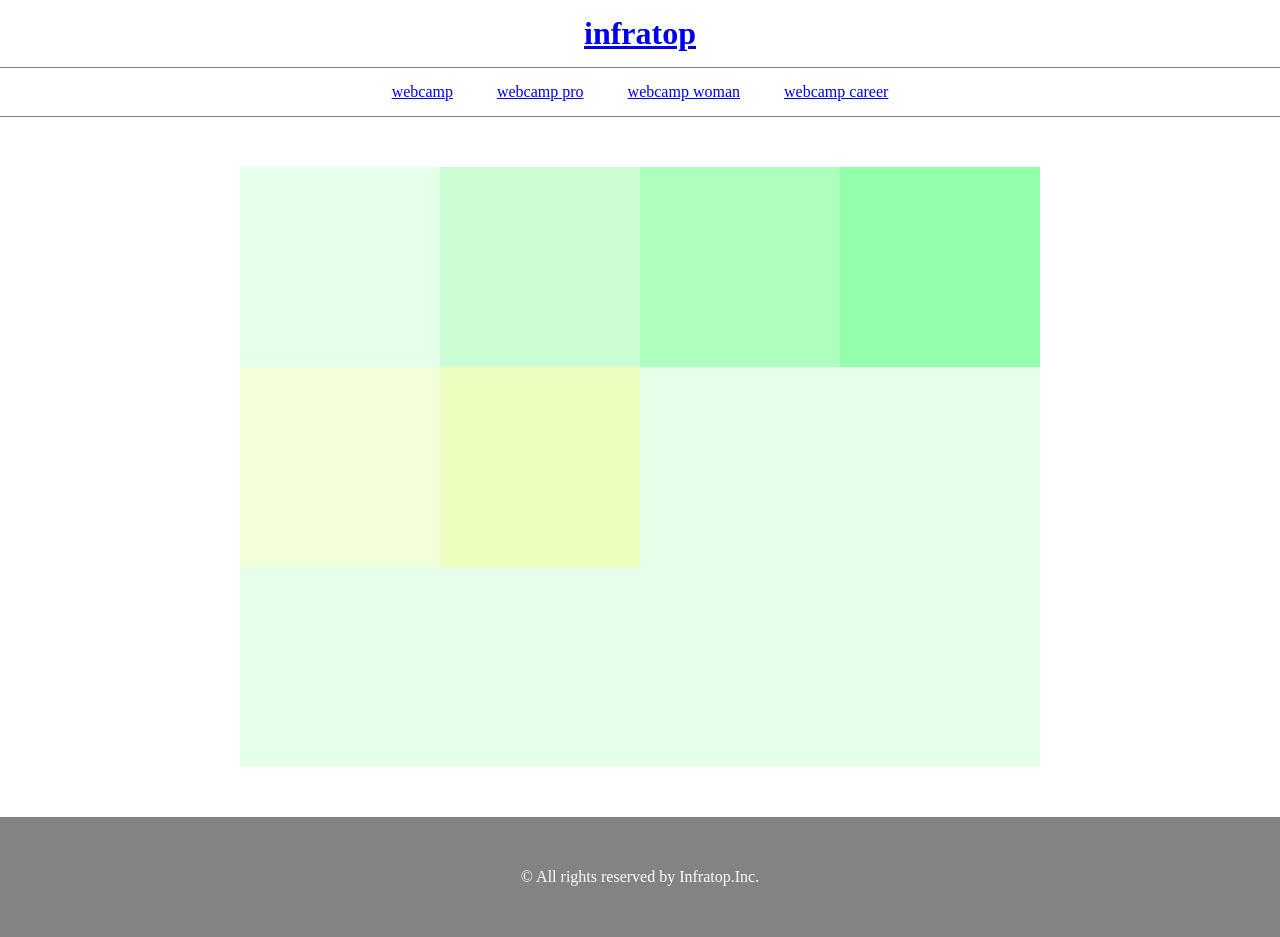
Repository: Nao002/practice
Page: html-practice5/index.html
The author's editor kept a record of every edit. The page is drawn from the files as they stood at one moment, then again after the next edit.
The browser window is 1280 px wide. The pictures show the whole page.

Above is the page before.

After the next edit:
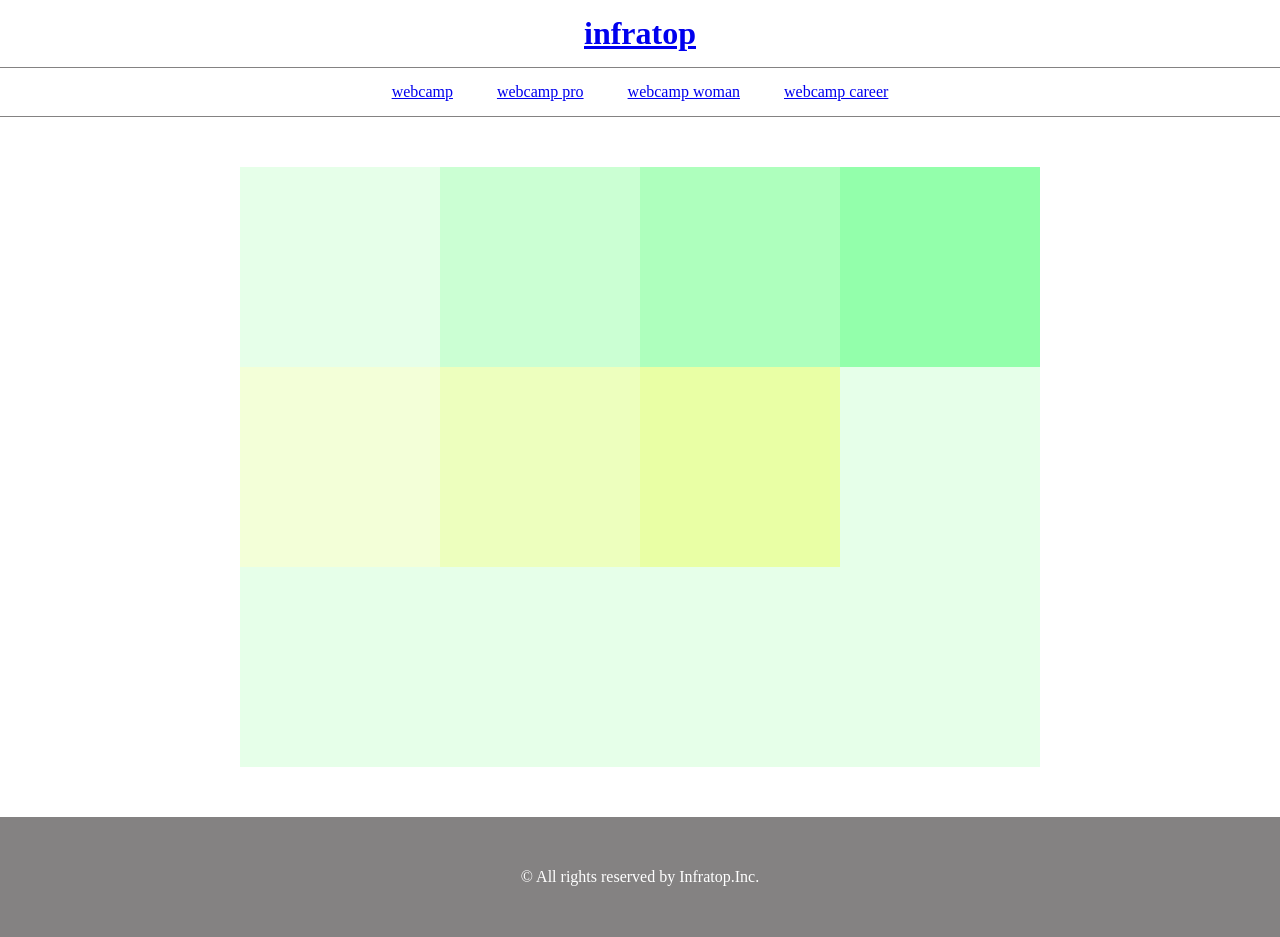
The edit:
--- a/html-practice5/style.css
+++ b/html-practice5/style.css
@@ -75,7 +75,7 @@
   background-color: #edffbe;
 }
 .color7{
-  background-color: #e6ffe9
+  background-color: #e9ffa5;
 }
 
 .color8{
